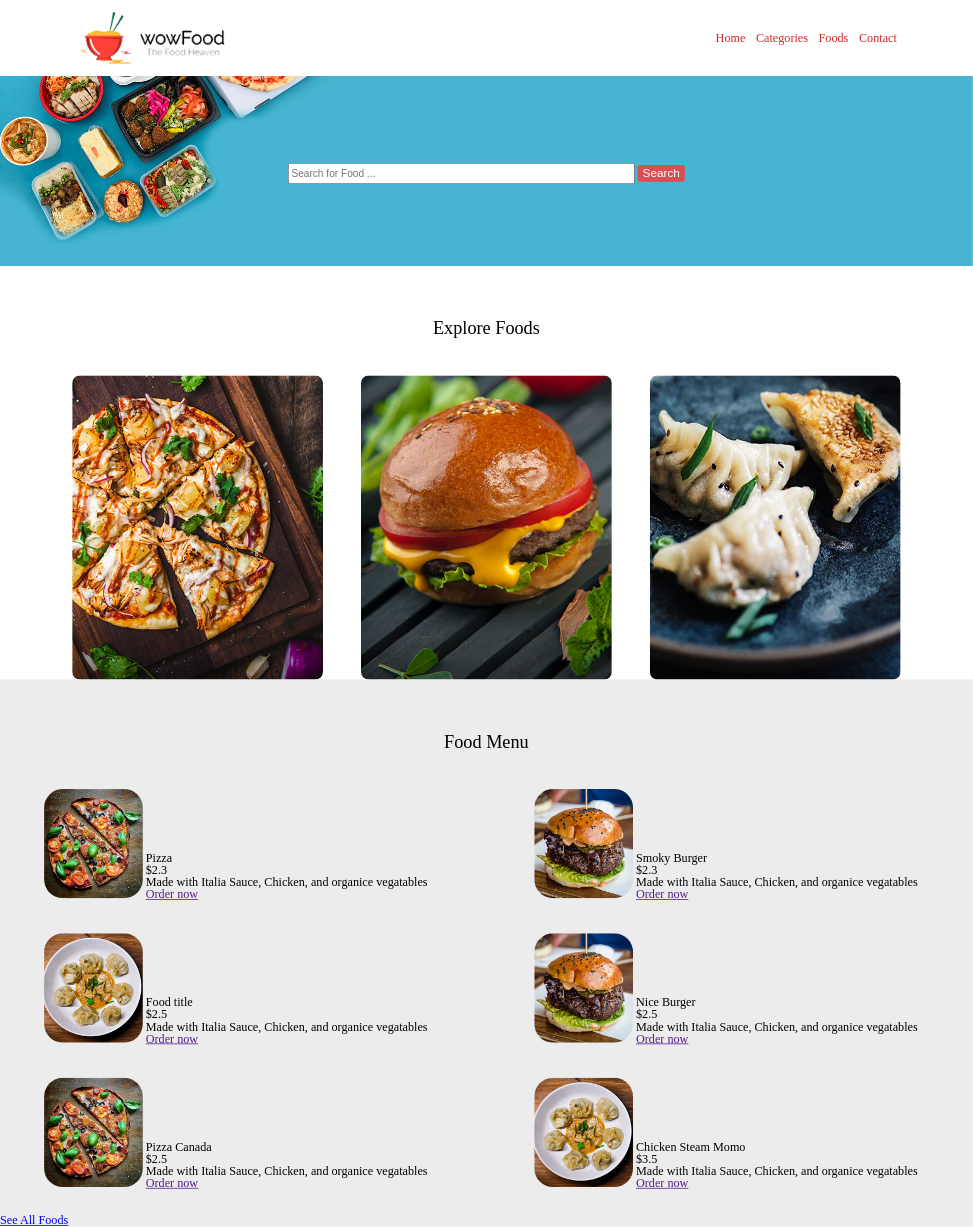
Repository: ruaruababa/WowFood
Page: index.html
An editor plug-in stored every save of this project. The page is shown before and after a run of saves, followed by the edit.
The browser window is 1280 px wide. The pictures show the whole page, at 76% of full size.

Above is the page before, as saved 2021-09-18 00:33:00.

### index.html
<!DOCTYPE html>
<html lang="en">

<head>
    <meta charset="UTF-8" />
    <meta http-equiv="X-UA-Compatible" content="IE=edge" />
    <meta name="viewport" content="width=device-width, initial-scale=1.0" />
    <title>Document</title>
    <link rel="stylesheet" href="./style.css" />
    <link rel="stylesheet" href="./reset.css" />
</head>

<body>
    <header>
        <div class="container-header">
            <div class="header-left">
                <img src="./img/logo.png" alt="" />
            </div>
            <div class="header-right">
                <ul class="nav">
                    <li class="item"><a href="">Home</a></li>
                    <li class="item"><a href="">Categories</a></li>
                    <li class="item"><a href="">Foods</a></li>
                    <li class="item"><a href="">Contact</a></li>
                </ul>
            </div>
        </div>
    </header>
    <nav>
        <div class="container-nav">
            <div class="background-search">
                <img src="./img/bg.jpg" alt="bgr-search" />
            </div>
            <div class="form">
                <input type="text" placeholder="Search for Food ..." class="input-search" />
                <input type="button" value="Search" class="btn-search" />
            </div>
        </div>
    </nav>
    <section>
        <div class="container-section">
            <div class="explore-food">Explore Foods</div>
            <div class="collection-food">
                <ul class="list-food">
                    <li class="item"><img src="./img/pizza.jpg" alt="" /></li>
                    <li class="item"><img src="./img/burger.jpg" alt="" /></li>
                    <li class="item"><img src="./img/momo.jpg" alt="" /></li>
                </ul>
            </div>
        </div>
    </section>
    <article>
        <div class="container-article">
            <div class="title-food-menu">Food Menu</div>
            <div class="container-menu">
                <div class="container-item">
                    <img src="./img/menu-pizza.jpg" alt="" class="bgr-item">
                    <div class="item-content">
                        <h6 class="title-item">Pizza</h6>
                        <span class="price-item">$2.3</span>
                        <p class="des-item">Made with Italia Sauce, Chicken, and organice vegatables</p>
                        <a href="" class="oder-item">Order now</a>
                    </div>
                </div>
                <div class="container-item">
                    <img src="./img/menu-burger.jpg" alt="" class="bgr-item">
                    <div class="item-content">
                        <h6 class="title-item">Smoky Burger</h6>
                        <span class="price-item">$2.3</span>
                        <p class="des-item">Made with Italia Sauce, Chicken, and organice vegatables</p>
                        <a href="" class="oder-item">Order now</a>
                    </div>
                </div>
                <div class="container-item">
                    <img src="./img/menu-momo.jpg" alt="" class="bgr-item">
                    <div class="item-content">
                        <h6 class="title-item">Food title</h6>
                        <span class="price-item">$2.5</span>
                        <p class="des-item">Made with Italia Sauce, Chicken, and organice vegatables</p>
                        <a href="" class="oder-item">Order now</a>
                    </div>
                </div>
                <div class="container-item">
                    <img src="./img/menu-burger.jpg" alt="" class="bgr-item">
                    <div class="item-content">
                        <h6 class="title-item">Nice Burger</h6>
                        <span class="price-item">$2.5</span>
                        <p class="des-item">Made with Italia Sauce, Chicken, and organice vegatables</p>
                        <a href="" class="oder-item">Order now</a>
                    </div>
                </div>
                <div class="container-item">
                    <img src="./img/menu-pizza.jpg" alt="" class="bgr-item">
                    <div class="item-content">
                        <h6 class="title-item">Pizza Canada</h6>
                        <span class="price-item">$2.5</span>
                        <p class="des-item">Made with Italia Sauce, Chicken, and organice vegatables</p>
                        <a href="" class="oder-item">Order now</a>
                    </div>
                </div>
                <div class="container-item">
                    <img src="./img/menu-momo.jpg" alt="" class="bgr-item">
                    <div class="item-content">
                        <h6 class="title-item">Chicken Steam Momo</h6>
                        <span class="price-item">$3.5</span>
                        <p class="des-item">Made with Italia Sauce, Chicken, and organice vegatables</p>
                        <a href="" class="oder-item">Order now</a>
                    </div>
                </div>
            </div>
            <div class="footer-food-menu">
                <a href="#" class="see-all-foods">See All Foods</a>
            </div>
        </div>
    </article>
</body>

</html>

### style.css
.container-header {
    display: flex;
    justify-content: space-between;
    align-items: center;
    margin-top: 15px;
}

.header-left {
    display: flex;
    margin-left: 100px;
}

.header-left img {}

.name-brand {
    margin-top: 50%;
}

.header-right {
    margin-right: 100px;
}

.nav {
    list-style: none;
}

.nav li {
    display: inline;
    padding-left: 10px;
}

.nav li a {
    text-decoration: none;
    color: rgb(211, 38, 38);
}

nav {
    position: relative;
    max-width: 100%;
    max-height: 100%;
    height: 250px;
}

.container-nav {
    text-align: center;
    margin-top: 15px;
}

.background-search {
    height: 250px;
}

.background-search img {
    height: inherit;
    width: 100%;
    object-fit: cover;
}

.form {
    width: 100%;
    position: absolute;
    top: 50%;
    left: 50%;
    transform: translate(-50%, -50%);
    height: 22px;
}

.input-search {
    width: 35%;
    height: inherit;
}

.btn-search {
    background-color: rgba(250, 59, 59, 0.849);
    border: none;
    border-radius: 3px;
    font-size: 15.5px;
    color: white;
    height: inherit;
}

section {
    position: relative;
}

.explore-food {
    padding-top: 70px;
    text-align: center;
    font-size: 24px;
}

.list-food {
    margin-top: 50px;
    display: flex;
    justify-content: center;
    column-gap: 50px;
}

.list-food li {
    width: 330px;
    height: 400px;
}

.list-food li img {
    width: 100%;
    height: 100%;
    object-fit: cover;
    border-radius: 10px;
}

article{
    background-color: #ececec;
}

.title-food-menu {
    padding-top: 70px;
    font-size: 24px;
    text-align: center;
}

.container-menu {
    padding-top: 50px;
    display: grid;
    grid-gap: 10px;
    grid-template-columns: repeat(auto-fit, minmax(550px, 1fr));
    grid-auto-rows: 180px;
    justify-items: center;
}
.container-item img{
    width: 25%;
    height: 80%;
    object-fit: cover;
    border-radius: 25px;
}

.item-content{
    display: inline-block;
}

Loaded but not shown: reset.css (common file)

After the next 4 saves:
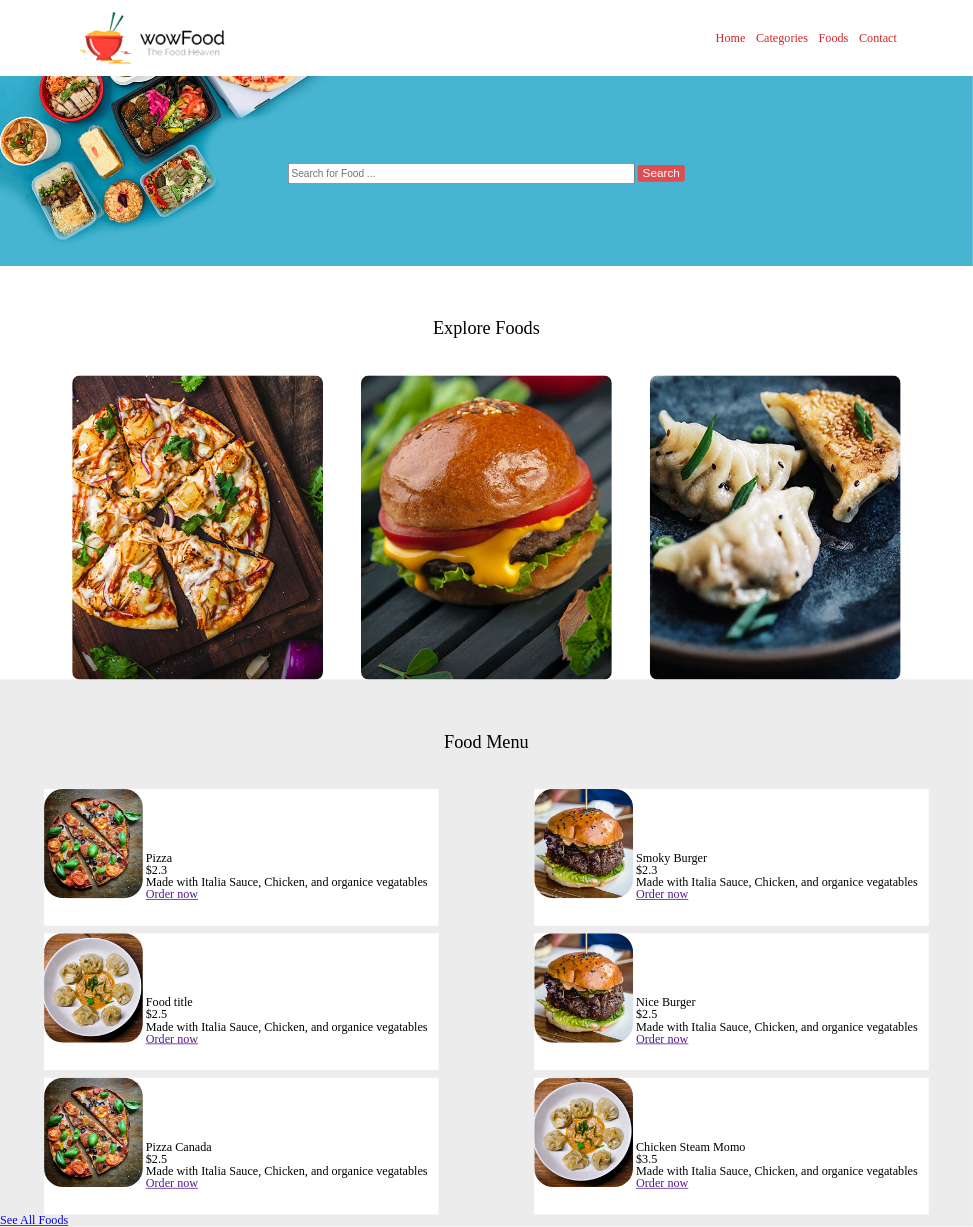
The 4 saves are shown as one change because they came seconds apart.
The last was saved 32 s later.
--- a/style.css
+++ b/style.css
@@ -126,6 +126,9 @@ article{
     grid-auto-rows: 180px;
     justify-items: center;
 }
+.container-item{
+    background-color: #ffffff;
+}
 .container-item img{
     width: 25%;
     height: 80%;
